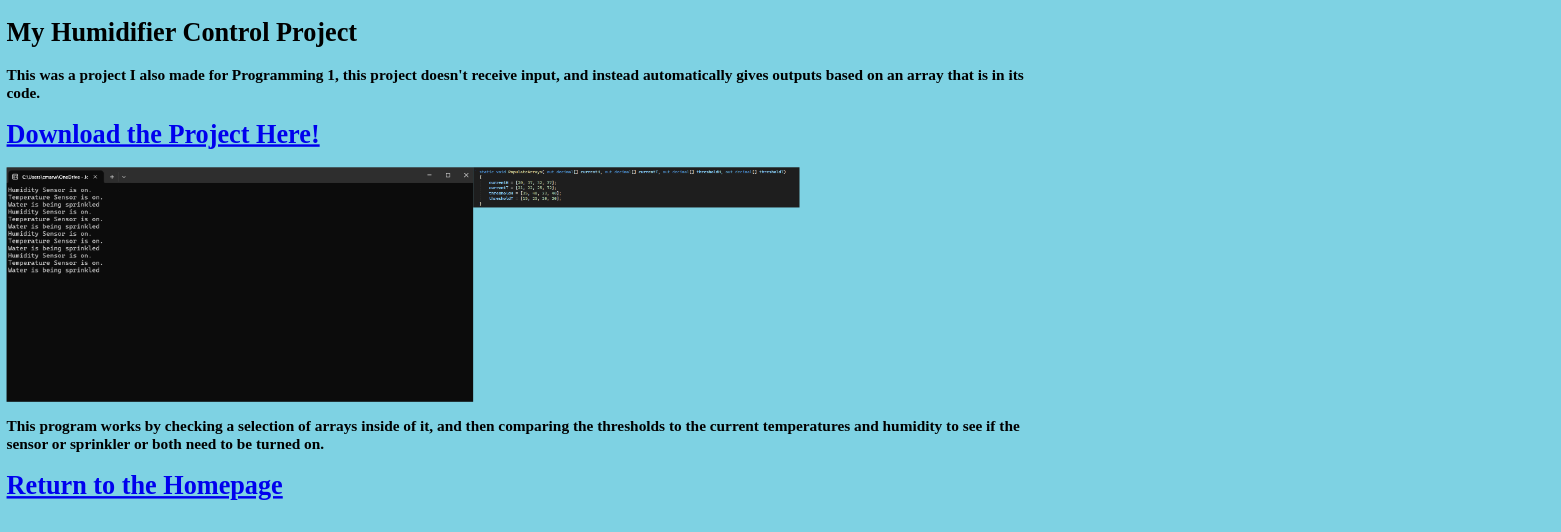
Repository: captainm64/captainm64
Page: projectshow2.html
The author's editor kept a copy of each file at every save. The page is drawn from the files as they stood at one save, then again after the next save.
The browser window is 1280 px wide. The page is 1904 px wide, so the pictures cover 1904 px, including what lies to the right of the window. The pictures show the whole page, at 82% of full size.

Above is the page before, as saved 2026-05-14 13:01:25.

After the next save:
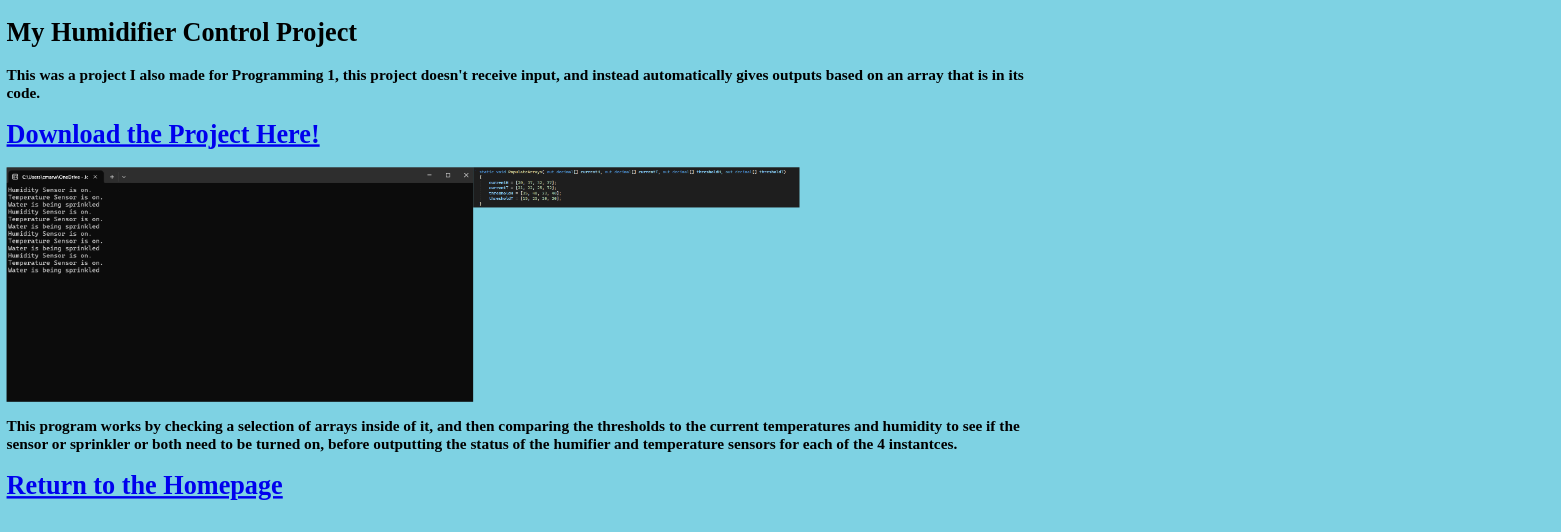
Saved 49 s later.
--- a/projectshow2.html
+++ b/projectshow2.html
@@ -24,7 +24,7 @@
 
 <div class = "dscrib">
 
-<h3> This program works by checking a selection of arrays inside of it, and then comparing the thresholds to the current temperatures and humidity to see if the sensor or sprinkler or both need to be turned on.</h3>
+<h3> This program works by checking a selection of arrays inside of it, and then comparing the thresholds to the current temperatures and humidity to see if the sensor or sprinkler or both need to be turned on, before outputting the status of the humifier and temperature sensors for each of the 4 instantces.</h3>
 
 </div>
 
